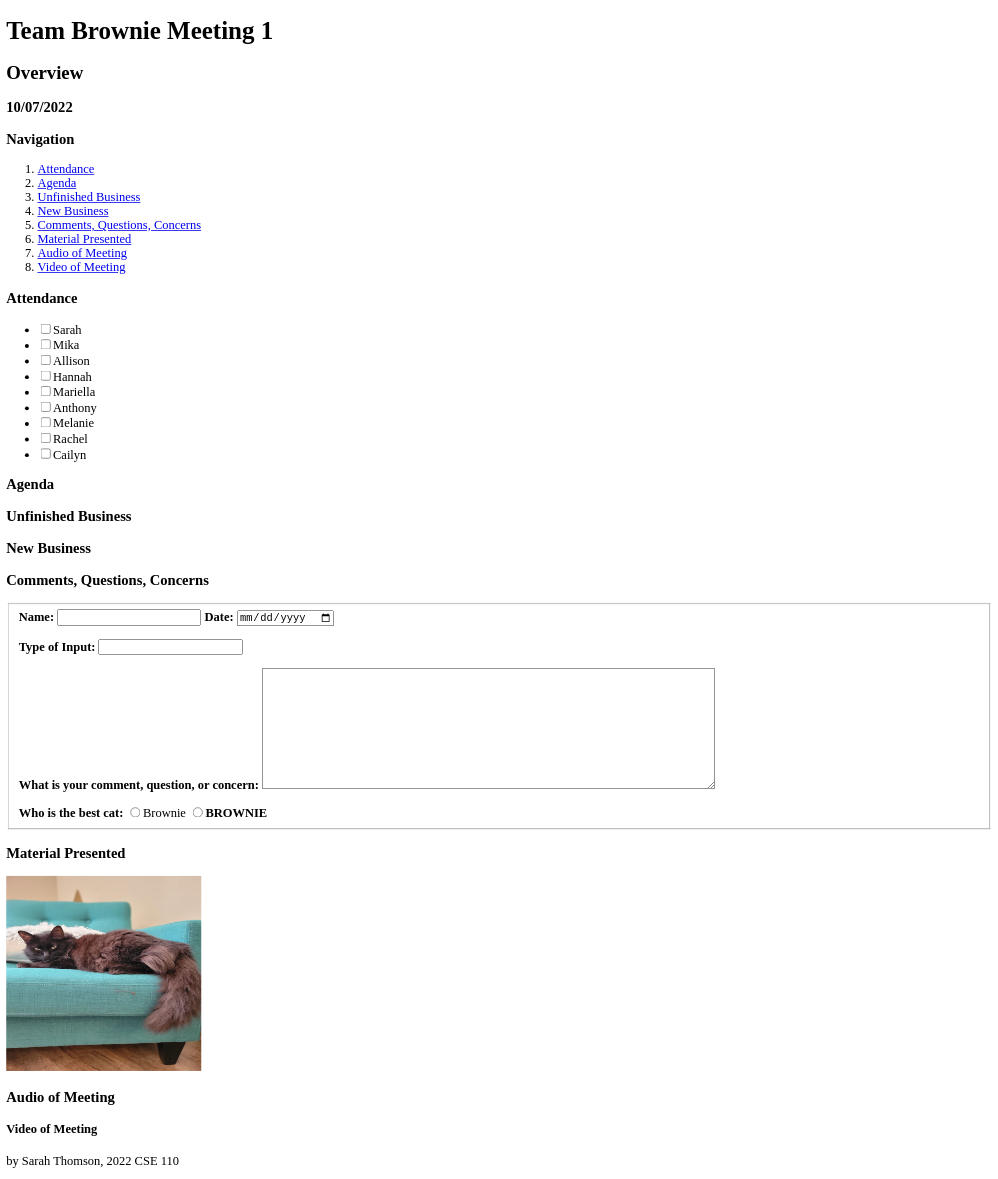
Repository: sarahtthomson/fa22-cse110-lab3
Page: index.html
An editor plug-in stored every save of this project. The page is shown before and after the next save, followed by the edit.
The browser window is 1280 px wide. The pictures show the whole page, at 78% of full size.

Above is the page before, as saved 2022-10-08 18:23:50.

### index.html
<!DOCTYPE html>
<html lang="en">
    <head>
        <Title>Team Brownie</Title>
        <meta name="description" content="Meeting minutes for Team Brownie">
        <link rel="icon" href="favicon.ico">
    </head>
    <body>
        <header>
            <h1>Team Brownie Meeting 1</h1>
            <h2>Overview</h2>
            <h3>10/07/2022</h3>
        </header>
        <main>
            <nav class="nav">
                <h3>Navigation</h4>
                <ol>
                    <li><a href="#Attendance" >Attendance</a></li>
                    <li><a href="#Agenda">Agenda</a></li>
                    <li><a href="#Unfinished">Unfinished Business</a></li>
                    <li><a href="#New">New Business</a></li>
                    <li><a href="#Comments">Comments, Questions, Concerns</a></li>
                    <li><a href="#Material">Material Presented</a></li>
                    <li><a href="#Audio">Audio of Meeting</a></li>
                    <li><a href="#Video">Video of Meeting</a></li>
                </ol>
            </nav>
            <div class="Attendance" id="Attendance">
                <h3>Attendance</h3>
                <ul>
                    <li><input type="checkbox">Sarah</li>
                    <li><input type="checkbox">Mika</li>
                    <li><input type="checkbox">Allison</li>
                    <li><input type="checkbox">Hannah</li>
                    <li><input type="checkbox">Mariella</li>
                    <li><input type="checkbox">Anthony</li>
                    <li><input type="checkbox">Melanie</li>
                    <li><input type="checkbox">Rachel</li>
                    <li><input type="checkbox">Cailyn</li>
                </ul>
            </div>
            <div class="Agenda" id="Agenda">
                <h3>Agenda</h3>

            </div>
            <div class="Unfinished" id="Unfinished">
                <h3>Unfinished Business</h3>
            </div>
            <div class="New" id="New">
                <h3>New Business</h3>
            </div>
            <div class="Comments" id="Comments">
                <h3>Comments, Questions, Concerns</h3>
                <form method="get" class="cqc">
                    <fieldset>
                        <label for="name"><b>Name:</b></label>
                        <input type="text" name="name" id="name">
                        <label for="date"><b>Date:</b></label>
                        <input type="date" name="date" id="date">
                        <p></p>
                        <label for="cqorc"><b>Type of Input:</b></label>
                        <input list="type-of-input" id="choice" name="choice">
                        <datalist id="type-of-input">
                            <option value="comment">
                            <option value="question">
                            <option value="concern">
                        </datalist>
                        <p></p>
                        <label for="textbox"><b>What is your comment, question, or concern:</b></label>
                        <textarea id="textbox" name="textbox" rows="10" cols="70"></textarea>
                        <p></p>
                        <label for="best"><b>Who is the best cat:</b></label>
                        <input type="radio" id="brownie" name="cat"><label for="brownie">Brownie</label>
                        <input type="radio" id="brownie!" name="cat"><label for="brownie!"><strong>BROWNIE</strong></label>
                    </fieldset>
                </form>
            </div>
            <div class="Material" id="Material">
                <h3>Material Presented</h3>
                <img height="250" width="250" src="cat.jpg">
            </div>
            <div class="Audio" id="Audio">
                <h3>Audio of Meeting</h3>
            </div>
            <div class="Video" id="Video">
                <h4>Video of Meeting</h4>
            </div>
        </main>
        <footer>
            <p>by Sarah Thomson, 2022 CSE 110</p>
        </footer>

    </body>
</html>

After the next save:
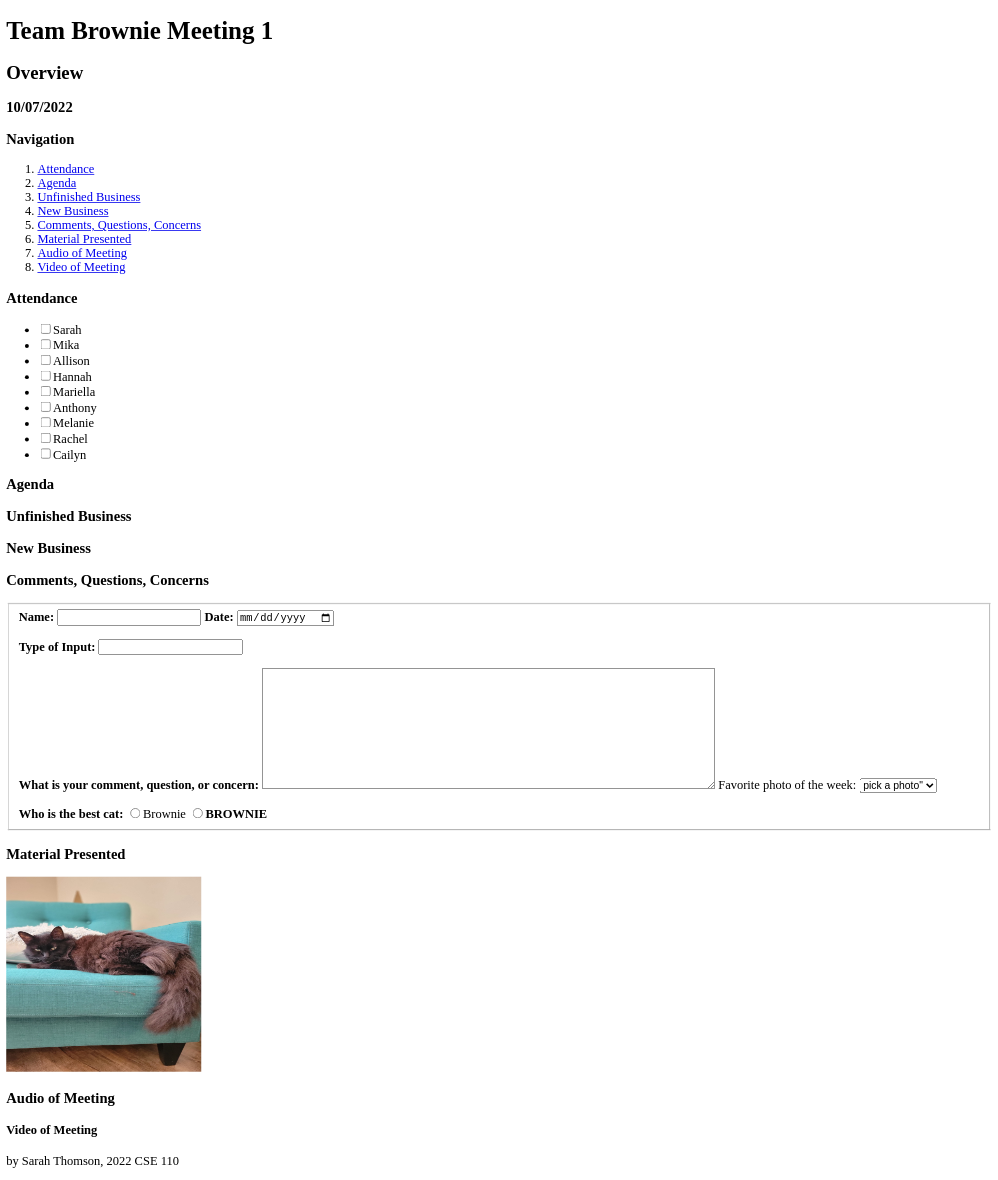
Saved 7 min 39 s later.
--- a/index.html
+++ b/index.html
@@ -68,6 +68,10 @@
                         <p></p>
                         <label for="textbox"><b>What is your comment, question, or concern:</b></label>
                         <textarea id="textbox" name="textbox" rows="10" cols="70"></textarea>
+                        <label for="best-photo">Favorite photo of the week:</label>
+                        <select name="photos" id="photo-select">
+                            <option value="">pick a photo"</option>
+                        </select>
                         <p></p>
                         <label for="best"><b>Who is the best cat:</b></label>
                         <input type="radio" id="brownie" name="cat"><label for="brownie">Brownie</label>
